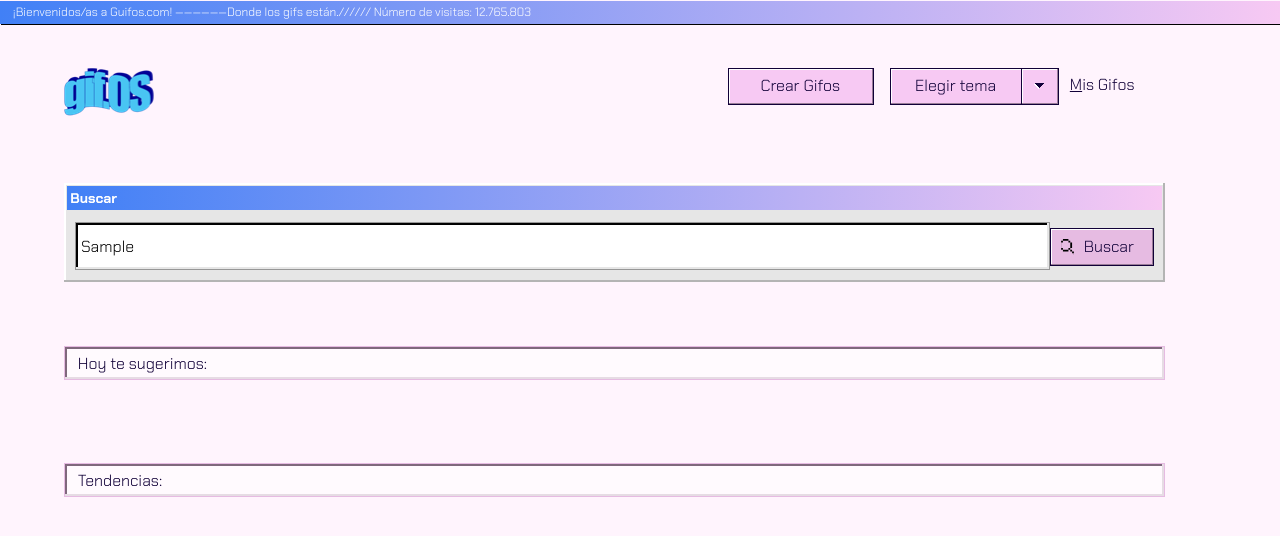
Repository: minimarmar/proyectogifos
Page: html/index.html
These files come from the project's save history. The page is drawn as it stood at one moment and after the next save; the edit follows.
The browser window is 1280 px wide. The pictures show the whole page.
Empty fields were first filled with sample values (such as "Sample", 5 or name@example.com).
After loading, the first visible `#search-bar` was changed once.
The page's requests for data from a server got no answer.

Above is the page before, as saved 2020-10-07 21:04:50.
Console error: TypeError: Cannot read properties of undefined (reading '0')

### html/index.html
<!DOCTYPE html>
<html lang="en">

<head>
    <meta charset="UTF-8">
    <meta name="viewport" content="width=device-width, initial-scale=1.0">
    <title>gifOS</title>
    <link rel="stylesheet" type="text/css" href="../css/style.css">
    <link rel="stylesheet" type="text/css" href="../css/light-theme.css">
    <link rel="stylesheet" type="text/css" href="../css/dark-theme.css">
    <link
        href="https://fonts.googleapis.com/css2?family=Chakra+Petch:ital,wght@0,300;0,600;0,700;1,600;1,700&display=swap"
        rel="stylesheet">
</head>

<body class="light-theme">
    <nav class="nav-bar">
        <span class="span-nav">¡Bienvenidos/as a Guifos.com! ——————Donde los gifs están.////// Número de visitas:
            12.765.803</span>
    </nav>
    <div class="main-container">
        <header class="section-header">
            <a href="index.html">
                <div class="logo"></div>
            </a>
            <div class="button-container">
                <a href="./upload.html">
                    <div class="header-button">
                        <div class="dots">
                            Crear Gifos
                        </div>
                    </div>
                </a>
                <div class="button-wrapper">
                    <div class="select-theme">
                        <div class="dots-theme">Elegir tema</div>
                    </div>
                    <div class="button-themes hide-themes">
                        <button id="day">Sailor Day</button>
                        <button id="night">Sailor Night</button>
                    </div>
                </div>
                <div id="dropdown">
                    <div class="dots-dropdown">
                        <div class="arrow"></div>
                    </div>
                </div>
                <div class="dots-link">
                    <a href="./misGifos.html" class="header-link"><span class="hoover-underline">M</span>is Gifos</a>
                </div>
            </div>
        </header>
    </div>
    <div class="search-container">
        <div class="box-header">
            <p>Buscar</p>
        </div>
        <div class="search-wrapper">
            <input class="search-bar" placeholder="Buscá gifs y más" value="" id="search-bar" />
            <div class="search-button">
                <div class="dotted-button">
                    <div class="lupa"></div>
                    <p class="search">Buscar</p>
                </div>
            </div>

        </div>
    </div>
    <div class="suggestions-results">
        <div class="search-suggestion-wrapper hidden">
        </div>
        <div class="btn hidden">
            <div class="btn-related" data-search="Musica">#Musica</div>
            <div class="btn-related" data-search="Mascotas">#Mascotas</div>
            <div class="btn-related" data-search="Fun">#Fun</div>

        </div>

    </div>
    <div class="title-box title-box-div"> Hoy te sugerimos:</div>
    <div class="suggestions-container"></div>

    <div class="title-box title-box-div"> Tendencias:</div>
    <div class="trends-container"></div>

    <div class="page-results"></div>


    <script src="../js/index.js"></script>
</body>

</html>

### css/dark-theme.css
.dark-theme, body {
    color: #110038;
    background-color: #110038;
}
.dark-theme a {
    color: white;
    text-decoration: none;
}
.dark-theme .nav-bar {
    color: white;
    background-image: linear-gradient(270deg, #EE3EFE 0%, #2E32FB 100%);
    box-shadow: 0 1px 0 0 #110038;
}

.dark-theme .logo {
    background: no-repeat url(../images/gifOF_logo_dark.png);
}

.dark-theme .dots:hover {
    border: 1px dotted #110038;
    box-sizing: border-box;
    background-color: #CE36DB ;
}

.dark-theme .dots:active {
    border: 1px dotted #110038;
    box-sizing: border-box;
    background-color: #CE36DB ;
}
.dark-theme .header-button {
    background: #EE3EFE 100%;
    border: 1px solid #110038;
    box-shadow: inset -1px -1px 0 0 #A72CB3, inset 1px 1px 0 0 #FFFFFF;
}

.dark-theme .select-theme{
    background: #EE3EFE 100%;
    color:white;
    border: 1px solid #110038;
    box-shadow: inset -1px -1px 0 0 #A72CB3, inset 1px 1px 0 0 #FFFFFF;
}

.dark-theme .dots-theme:hover {
    border: 1px dotted #110038;
    box-sizing: border-box;
    background-color: #CE36DB ;
}

.dark-theme .dots-theme:active {
    border: 1px dotted #110038;
    box-sizing: border-box;
    background-color: #CE36DB ;
}

.dark-theme .button-themes {
    background: #B4B4B4;
    box-shadow: inset -2px -2px 0 0 #8F8F8F, inset 2px 2px 0 0 #FFFFFF
}

.dark-theme #day {
    background: #CCCCCC;
    border: 1px solid #808080;
    box-shadow: inset -1px -1px 0 0 #B4B4B4, inset 1px 1px 0 0 #FFFFFF;
    color: #110038;
}

.dark-theme #day:active{
    background: #2E32FB;
    border: 1px solid rgba(51, 53, 143, 0.20);
    box-shadow: inset -1px -1px 0 0 #E6DCE4, inset 1px 1px 0 0 #FFFFFF;
    color: white;
}

.dark-theme #day:active::first-letter {
    text-decoration: underline;
}

.dark-theme #night {
    background: #CCCCCC;
    border: 1px solid #808080;
    box-shadow: inset -1px -1px 0 0 #B4B4B4, inset 1px 1px 0 0 #FFFFFF;
    color: #110038;
}

.dark-theme #night:active{
    background: #2E32FB;
    border: 1px solid rgba(51, 53, 143, 0.20);
    box-shadow: inset -1px -1px 0 0 #E6DCE4, inset 1px 1px 0 0 #FFFFFF;
    color: white;
}

.dark-theme #night:active::first-letter {
    text-decoration: underline;
}

.dark-theme #dropdown {
    background:  #EE3EFE 100%;
    border: 1px solid #110038;
    box-shadow: inset -1px -1px 0 0 #A72CB3, inset 1px 1px 0 0 #FFFFFF;
    color:white;
}

.dark-theme .dots-dropdown:hover {
    border: 1px dotted #110038;
    box-sizing: border-box;
    background-color: #CE36DB ;
}

.dark-theme .dots-dropdown:active {
    border: 1px dotted #110038;
    box-sizing: border-box;
    background-color: #CE36DB ;
}


.dark-theme .arrow {
    background-image: url(../images/dropdown-white.svg) ;
}

.dark-theme .header-link {
    color:white;
}

.dark-theme .dots-link:hover {
    border: 1px dotted #FFFFFF;
    box-sizing: border-box;
}

/* Search Container */

.dark-theme .box-header {
    background-image: linear-gradient(270deg, #EE3EFE 0%, #2E32FB 100%);
    color: white;
}

.dark-theme .search-container {
    background: #B4B4B4;
    box-shadow: inset -2px -2px 0 0 #8F8F8F, inset 2px 2px 0 0 #FFFFFF;
}

.dark-theme .search-button {
    color: #8F8F8F;
    background: #B4B4B4;
    border: 1px solid #808080;
    box-shadow: inset -1px -1px 0 0 #B4B4B4, inset 1px 1px 0 0 #FFFFFF;
}

.dark-theme .button-active{
    background: #EE3EFE;
    border: 1px solid #110038;
    box-shadow: inset -1px -1px 0 0 #A72CB3, inset 1px 1px 0 0 #FFFFFF;
    color: #FFFFFF;
}

.dark-theme .search-button:active{
    background: #CE36DB;
    border: 1px solid #110038;
    box-shadow: inset -1px -1px 0 0 #A72CB3, inset 1px 1px 0 0 #FFFFFF;
    color: #FFFFFF;
}


.dark-theme .lupa {
    background-image: url(../images/Combined\ Shape.svg);
}

.dark-theme .search-button:active .lupa {
    background-image: url(../images/lupa_light.svg);
}

.dark-theme .button-active .lupa {
    background-image: url(../images/lupa_light.svg);
}


/*Sugerencias de búsqueda*/

.dark-theme .search-suggestion-wrapper {
    background: #B4B4B4;
    box-shadow: inset -2px -2px 0 0 #8F8F8F, inset 2px 2px 0 0 #FFFFFF;
}

.dark-theme .suggest-dots {
    background: #CCCCCC;
    border: 1px solid #808080;
    box-shadow: inset -1px -1px 0 0 #B4B4B4, inset 1px 1px 0 0 #FFFFFF;
}

.dark-theme .search-result {
    background: #CCCCCC;
    border: 1px solid #808080;
    box-shadow: inset -1px -1px 0 0 #B4B4B4, inset 1px 1px 0 0 #FFFFFF;
}

/*Suggestions container*/

.dark-theme  .title-box {
    background: #FFFAFE;
    border: 1px solid #2E32FB;
    box-shadow: inset -2px -2px 0 0 #E6DCE4, inset 2px 2px 0 0 #110038;
}

.dark-theme .box-suggestions {
    background: #B4B4B4;
    box-shadow: inset -2px -2px 0 0 #5C5C5C, inset 2px 2px 0 0 #FFFFFF;
}

.dark-theme .hashtag {
    background-image: linear-gradient(270deg, #EE3EFE 0%, #2E32FB 100%);
    color: #FFFFFF;
}

.dark-theme  .title-result {
    background: #FFFAFE;
    border: 1px solid #2E32FB;
    box-shadow: inset -2px -2px 0 0 #E6DCE4, inset 2px 2px 0 0 #110038;
}

.dark-theme .see-more{
    background: #2E32FB;
    border: 1px solid #4C2F99;
    box-shadow: inset -1px -1px 0 0 #2124B3, inset 1px 1px 0 0 #FFFFFF;
    color: #FFFFFF;
}

.dark-theme .see-more:hover {
    background: #2629CC;
    box-shadow: inset -1px -1px 0 0 #2124B3, inset 1px 1px 0 0 #FFFFFF;
}

.dark-theme .hashtag-bottom {
    background-image: linear-gradient(270deg, #EE3EFE 0%, #2E32FB 100%);
    color: #FFFFFF;
}

/* Boton tags relacionados */

.dark-theme .btn-related {
    background: #2E32FB;
    border: 1px solid #4C2F99;
    box-shadow: inset -1px -1px 0 0 #2124B3, inset 1px 1px 0 0 #FFFFFF;
}

/* Ventana para crear gifos: loading Window*/

.dark-theme .loading-window {
    background: #B4B4B4;
    box-shadow: inset -2px -2px 0 0 #8F8F8F, inset 2px 2px 0 0 #FFFFFF;
}

.dark-theme .window-title {
    background-image: linear-gradient(270deg, #EE3EFE 0%, #2E32FB 100%);
    color: #FFFFFF;
}

.dark-theme .cancel {
    background: #B4B4B4;
    border: 1px solid #110038;
    box-shadow: inset -1px -1px 0 0 #B4B4B4, inset 1px 1px 0 0 #FFFFFF;
}

.dark-theme .start {
    background: #EE3EFE;
    border: 1px solid #110038;
    box-shadow: inset -1px -1px 0 0 #A72CB3, inset 1px 1px 0 0;
    color: #FFFFFF;
}


/* Captura */

.dark-theme .capture {
    background: #B4B4B4;
    box-shadow: inset -2px -2px 0 0 #8F8F8F, inset 2px 2px 0 0 #FFFFFF;
}

.dark-theme .capture-title {
    background-image: linear-gradient(270deg, #EE3EFE 0%, #2E32FB 100%);
    color: #FFFFFF;
}

.dark-theme .logo-upload {
    background: no-repeat url(../images/gifOF_logo_dark.png);
}

.dark-theme .button-capture-img {
    background: #EE3EFE;
    border: 1px solid #110038;
    box-shadow: inset -1px -1px 0 0 #A72CB3, inset 1px 1px 0 0 #FFFFFF;
}

.dark-theme .not-recording {
    background: no-repeat url(../images/camera_light.svg);
}

.dark-theme .box-recording {
    background: #FF6161;
    border: 1px solid #110038;
    box-shadow: inset -1px -1px 0 0 #993A3A, inset 1px 1px 0 0 #FFFFFF;
}

.dark-theme .button-capture {
    background: #EE3EFE;
    border: 1px solid #110038;
    box-shadow: inset -1px -1px 0 0 #A72CB3, inset 1px 1px 0 0;
    color: #FFFFFF;
}

.dark-theme .recording {
    background: no-repeat url(../images/recording_dark.svg);
}

.dark-theme .ready {
    background: #FF6161;
    border: 1px solid #110038;
    box-shadow: inset -1px -1px 0 0 #993A3A, inset 1px 1px 0 0 #FFFFFF;
    color: #FFFFFF;
}

/* Botones de interacción de Captura */

.dark-theme .uploadGif {
    background: #110038;
    border: 1px solid #B4B4B4;
    box-shadow: inset -1px -1px 0 0 #5C5C5C, inset 1px 1px 0 0 #FFF4FD;
    color: #FFFFFF;
}

/* Carga éxitosa del gif*/

.dark-theme .success-upload {
    background: #B4B4B4;
    box-shadow: inset -2px -2px 0 0 #8F8F8F, inset 2px 2px 0 0 #FFFFFF;
}

.dark-theme .success-title{
    background-image: linear-gradient(270deg, #EE3EFE 0%, #2E32FB 100%);
    color: #FFFFFF;
}

.dark-theme .success {
    background: #CCCCCC;
    border: 1px solid #808080;
    box-shadow: inset -1px -1px 0 0 #B4B4B4, inset 1px 1px 0 0 #FFFFFF;
    color: #110038;
}

.dark-theme .success:active {
    background: #2E32FB;
    border: 1px solid rgba(51,53,143,0.20);
    box-shadow: inset -1px -1px 0 0 #E6DCE4, inset 1px 1px 0 0 #FFFFFF;
    color: #FFFFFF;
}

.dark-theme .gif-ready {
    background: #EE3EFE;
    border: 1px solid #110038;
    box-shadow: inset -1px -1px 0 0 #A72CB3, inset 1px 1px 0 0 #FFFFFF;
    color: #FFFFFF;
}

.dark-theme .gif-ready:active {
    background: #CE36DB;
    border: 1px solid #110038;
    box-shadow: inset -1px -1px 0 0 #A72CB3, inset 1px 1px 0 0 #FFFFFF;
}

.dark-theme .fwd-btn {
    background: #EE3EFE;
    border: 1px solid #110038;
    box-shadow: inset -1px -1px 0 0 #997D97, inset 1px 1px 0 0 #FFFFFF;

}


/* Subir Gifos*/

.dark-theme #cancel-btn  {
    background: #110038;
    border: 1px solid #B4B4B4;
    box-shadow: inset -1px -1px 0 0 #5C5C5C, inset 1px 1px 0 0 #FFF4FD;
    color: #FFFFFF;
}

.dark-theme .secondary-button:active {
    border: 1px dotted #FFFFFF ;
}

/* ProgressBar */

.dark-theme .progress-bar {
    background: #B4B4B4;
    box-shadow: inset -2px -2px 0 0 #FFFCFC, inset 2px 2px 0 0 #000000;
}

.dark-theme .progress-bar-item {
    background: #999999;
}

.dark-theme .progress-bar-item-active {
    background: #EE3EFE;
}

/* PlayBar */

.dark-theme .playbar {
    background: #B4B4B4;
    box-shadow: inset -2px -2px 0 0 #FFFCFC, inset 2px 2px 0 0 #000000;
}

.dark-theme .playbar-item {
    background: #999999;
}

.dark-theme .playbar-item-on {
    background: #EE3EFE;
}

### js/index.js
/*Constantes*/

const apiKey = '8pBDwQcxpghuXM30vBDE69Uhx98gPtsU'
const apiBaseUrl = 'https://api.giphy.com/v1/gifs'

/* Dropdown Themes */

const dropdown = document.getElementById('dropdown');
const themesContainer = document.getElementsByClassName('button-themes');
const light = document.getElementById('day');
const dark = document.getElementById('night');
const searchButton = document.getElementsByClassName('search-button')[0];
const searchBar = document.getElementById('search-bar');
const suggestedTopics = ['Woo Hoo', 'Wtf', 'Joy', 'Glitter'];
const suggestionWrapper = document.getElementsByClassName('search-suggestion-wrapper')[0];
const suggestionContainer = document.getElementsByClassName('suggestions-container')[0];
const trendsContainer = document.getElementsByClassName('trends-container')[0];
const trendsElement = ['one', 'two', 'three', 'four', 'five', 'six', 'seven', 'eight', 'nine', 'ten'];
const pageResults = document.getElementsByClassName('page-results')[0];
const btnRelated = document.getElementsByClassName('btn')[0];
const btnChild = document.getElementsByClassName('btn-related')[0];
const searchResult = document.getElementsByClassName('search-result')[0];

/* Cambio  de tema */

dark.addEventListener("click", () => {
    document.body.classList.replace("light-theme", "dark-theme");
    // Guardar elección de Tema
    localStorage.setItem('selectedTheme', 'dark-theme');
})

light.addEventListener("click", () => {
    document.body.classList.replace("dark-theme", "light-theme");
    // Guardar elección de Tema
    localStorage.setItem('selectedTheme', 'light-theme');
})

dropdown.addEventListener("click", () => {
    themesContainer[0].classList.toggle("hide-themes");
})

themesContainer[0].addEventListener("focusout", (evento) => {
    console.log(evento)
    themesContainer[0].classList.toggle("hide-themes");
    evento.stopPropagation()
})

// Buscar el tema guardado

window.addEventListener('load', () => {
    let selectedTheme = localStorage.getItem('selectedTheme');
    if (selectedTheme != null && selectedTheme == 'dark-theme') {
        document.body.classList.replace("light-theme", "dark-theme")
    } else {
        document.body.classList.replace("dark-theme", "light-theme");
    }
})


/*  Sugerencias: Suggestions Container */

window.addEventListener("load", () => {
    suggestedTopics.forEach(element => {
        getSearchResults(element)
            .then(result => {
                const firstResult = result.data[0];
                let boxSuggestion = document.createElement("div");
                boxSuggestion.classList.add("box-suggestions");
                boxSuggestion.innerHTML = `<div class="hashtag">#${element}<img src='../images/button3.svg' class="close-btn"></div>
                                           <div class="gif-container"><img src=${firstResult.images.fixed_height.url} class="box-image" data-search="${element}"><div class="see-more"><div class="dotted-a" data-search="${element}">Ver Más...</div></div></img>
                                           </div>`
                suggestionContainer.appendChild(boxSuggestion);
            })
    });
});

suggestionContainer.addEventListener("click", (evento) => {
    if (evento.target !== evento.currentTarget)
        searchAndAppendGifs(evento.target.dataset.search)
    evento.stopPropagation();
})

/*Tendencias: trends-container*/

window.addEventListener("load", () => {
    getTrendsResults()
        .then(result => {
            console.log(result);
            let widthArray = result.data.filter(element => {
                return element.images.original.width > element.images.original.height;
            })
            console.log(widthArray);

            let squareGif = result.data.filter(element => {
                return element.images.original != widthArray;
            })

            for (let i = 0; i < 10; i++) {
                let clase = trendsElement[i]
                if (clase == "five" || clase == "ten") {
                    let gridItem = document.createElement("img");
                    let hashtagBottom = document.createElement('div');
                    hashtagBottom.innerHTML = `#${getHashtag(widthArray[i].title)}`
                    hashtagBottom.classList.add('hashtag-bottom', 'hashtag-bottom-flex');
                    gridItem.src = widthArray[i].images.original.url
                    let gridContainer = document.createElement('div');
                    gridContainer.classList.add("grid-item", clase);
                    gridContainer.appendChild(gridItem);
                    gridContainer.appendChild(hashtagBottom);
                    trendsContainer.appendChild(gridContainer);
                } else {
                    let gridItem = document.createElement("img");
                    let hashtagBottom = document.createElement('div');
                    hashtagBottom.innerHTML = `#${getHashtag(squareGif[i].title)}`
                    hashtagBottom.classList.add('hashtag-bottom', 'hashtag-bottom-flex');
                    gridItem.src = squareGif[i].images.original.url
                    let gridContainer = document.createElement('div');
                    gridContainer.classList.add("grid-item", clase);
                    gridContainer.appendChild(gridItem);
                    gridContainer.appendChild(hashtagBottom);
                    trendsContainer.appendChild(gridContainer);
                }
            }
        })
})

function getHashtag(title) {
    let gifUser = title.indexOf('GIF');
    let titleResult = title.substring(0, gifUser);
    return titleResult;
}



/* Acción del Botón de Búsqueda */

searchButton.addEventListener("click", () => {
    if (searchBar.value) {
        searchAndAppendGifs(searchBar.value)
    }
})

/* Función auto completar y gifs relacionados */

function autoComplete(relacionados) {
    let url = `http://api.datamuse.com/sug?max=3&s=${relacionados}`
    let word = fetch(url)
        .then((respuesta) => {
            return respuesta.json()
        })
        .then((respuesta) => {
            console.log(respuesta)
            return respuesta;
        })
        .catch((error)=>{
            return error;
        })
    return word;
}

function searchAndAppendGifs(searchText) {
    getSearchResults(searchText)
        .then(result => {
            let titleResult = document.getElementsByClassName('title-result')[0]
            if (titleResult)
                titleResult.remove()
            let widthArray = result.data.filter(element => {
                return element.images.original.width > element.images.original.height;
            })
            console.log(widthArray);
            let squareGif = result.data.filter(element => {
                return element.images.original != widthArray;
            })
            trendsContainer.classList.replace('trends-container', 'hidden');
            suggestionContainer.classList.replace('suggestions-container', 'hidden');
            let arrayTittle = document.getElementsByClassName('title-box');
            for (let i = 0; i < arrayTittle.length; i++) {
                arrayTittle[i].classList.replace('title-box-div', 'hidden');
            }
            for (let i = 0; i < 10; i++) {
                let clase = trendsElement[i]
                if (clase == "five" || clase == "ten") {
                    let gridItem = document.createElement("img");
                    let hashtagBottom = document.createElement('div');
                    hashtagBottom.innerHTML = `#${getHashtag(widthArray[i].title)}`
                    hashtagBottom.classList.add('hashtag-bottom', 'hashtag-bottom-flex');
                    gridItem.classList.add("grid-item", clase);
                    gridItem.src = widthArray[i].images.original.url
                    let gridContainer = document.createElement('div');
                    gridContainer.classList.add("grid-item", clase);
                    gridContainer.appendChild(gridItem);
                    gridContainer.appendChild(hashtagBottom);
                    pageResults.appendChild(gridContainer);
                } else {
                    let gridItem = document.createElement("img");
                    let hashtagBottom = document.createElement('div');
                    hashtagBottom.innerHTML = `#${getHashtag(widthArray[i].title)}`
                    hashtagBottom.classList.add('hashtag-bottom', 'hashtag-bottom-flex');
                    gridItem.classList.add("grid-item", clase);
                    gridItem.src = squareGif[i].images.original.url
                    let gridContainer = document.createElement('div');
                    gridContainer.classList.add("grid-item", clase);
                    gridContainer.appendChild(gridItem);
                    gridContainer.appendChild(hashtagBottom);
                    pageResults.appendChild(gridContainer);
                }
            }
            let searchItem = document.createElement("div");
            searchItem.classList.add("title-result");
            searchItem.innerHTML = `${searchText} (resultados)`
            document.body.insertBefore(searchItem, pageResults);
        })
}

/* Botones de sugerencias post click de busqueda */

searchButton.addEventListener('click', () => {

    if (searchBar.value) {
        btnRelated.classList.remove('hidden')
        btnRelated.classList.add('btn')
        btnRelated.style.display = "flex";
    }
})

btnRelated.addEventListener("click", (evento) => {
    searchAndAppendGifs(evento.target.dataset.search)
})

searchBar.addEventListener('input', () => {
    if (searchBar.value) {
        btnRelated.classList.remove('btn');
        btnRelated.style.display = "none"
    }
})

/* Menú de sugerencias al ingresar búsqueda: Suggestions Results*/

searchBar.addEventListener('input', event => {

    if (searchBar.value) {
        searchButton.classList.remove('button-disabled')
        searchButton.classList.add('button-active')
    } else {
        searchButton.classList.remove('button-active')
        searchButton.classList.add('button-disabled')
    }

    autoComplete(searchBar.value).forEach((item)=>{
        let search = document.createElement('div')
        search.classList.add('search-result')
        search.innerHTML = `<div class="another-result" data-search=${item.word}>#${item.word}</div>`
        suggestionWrapper.appendChild(search);
    })
    suggestionWrapper.classList.remove('hidden')
})

/* Accion sobre los botones grises: Suggestions Results*/

suggestionWrapper.addEventListener('mousedown', e => {
    searchAndAppendGifs(e.target.dataset.search)
    suggestionWrapper.classList.add('hidden');
    btnRelated.classList.remove('hidden')
    btnRelated.classList.add('btn')
    btnRelated.style.display = "flex";
})

searchBar.addEventListener('blur', () => {
    suggestionWrapper.classList.add('hidden');
})

searchBar.addEventListener('input', () => {
    if (searchBar.value) {
        searchButton.classList.remove('search-button');
        searchButton.classList.add('button-active');
    } else {
        searchButton.classList.remove('button-active');
        searchButton.classList.add('search-button');
    }
})


/* Función para traer los gif*/

function getSearchResults(search) {
    const found =
        fetch('https://api.giphy.com/v1/gifs/search?q=' + search + '&api_key=' + apiKey)
            .then((response) => {
                return response.json()
            }).then(data => {
                return data
            })
            .catch((error) => {
                return error
            })
    return found
}

/* Funcion para resultados de Tendencias */

function getTrendsResults() {
    const found = fetch('https://api.giphy.com/v1/gifs/trending?api_key=' + apiKey)
        .then((response) => {
            return response.json()
        }).then(data => {
            return data
        })
        .catch((error) => {
            return error
        })
    return found
}

Loaded but not shown: css/style.css (1053 lines, source omitted); css/light-theme.css (422 lines, source omitted)

After the next save:
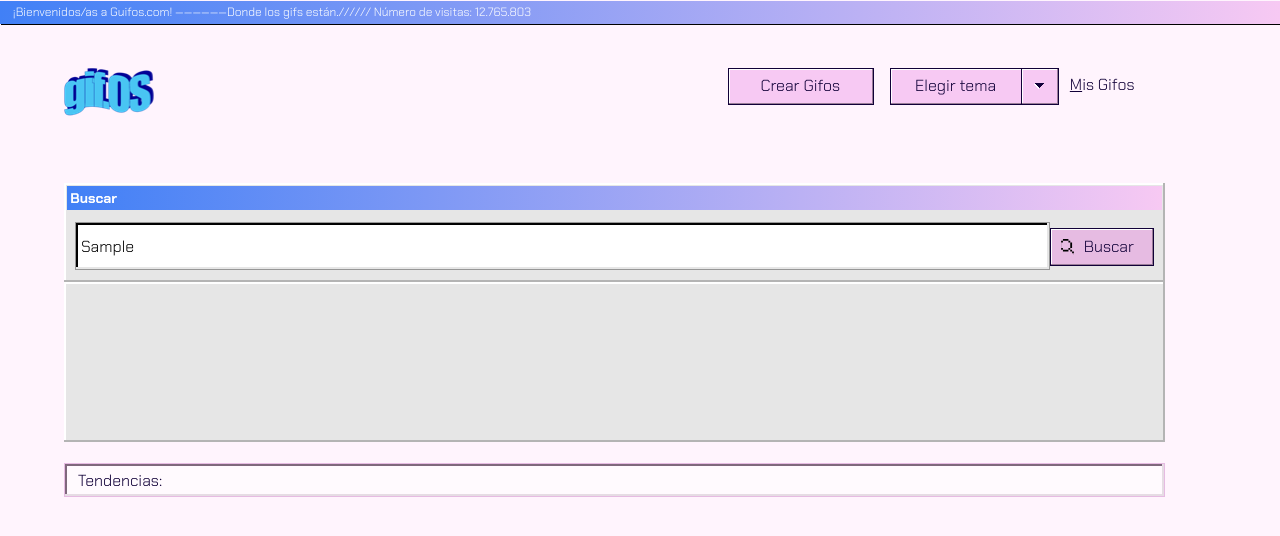
Saved 85 s later.
--- a/js/index.js
+++ b/js/index.js
@@ -152,7 +152,7 @@ function autoComplete(relacionados) {
             console.log(respuesta)
             return respuesta;
         })
-        .catch((error)=>{
+        .catch((error) => {
             return error;
         })
     return word;
@@ -246,12 +246,16 @@ searchBar.addEventListener('input', event => {
         searchButton.classList.add('button-disabled')
     }
 
-    autoComplete(searchBar.value).forEach((item)=>{
-        let search = document.createElement('div')
-        search.classList.add('search-result')
-        search.innerHTML = `<div class="another-result" data-search=${item.word}>#${item.word}</div>`
-        suggestionWrapper.appendChild(search);
+    autoComplete(searchBar.value).then((resultado) => {
+        resultado.forEach((item) => {
+            let search = document.createElement('div')
+            search.classList.add('search-result')
+            search.innerHTML = `<div class="another-result" data-search=${item.word}>#${item.word}</div>`
+            suggestionWrapper.appendChild(search);
+        })
     })
+
+
     suggestionWrapper.classList.remove('hidden')
 })
 
